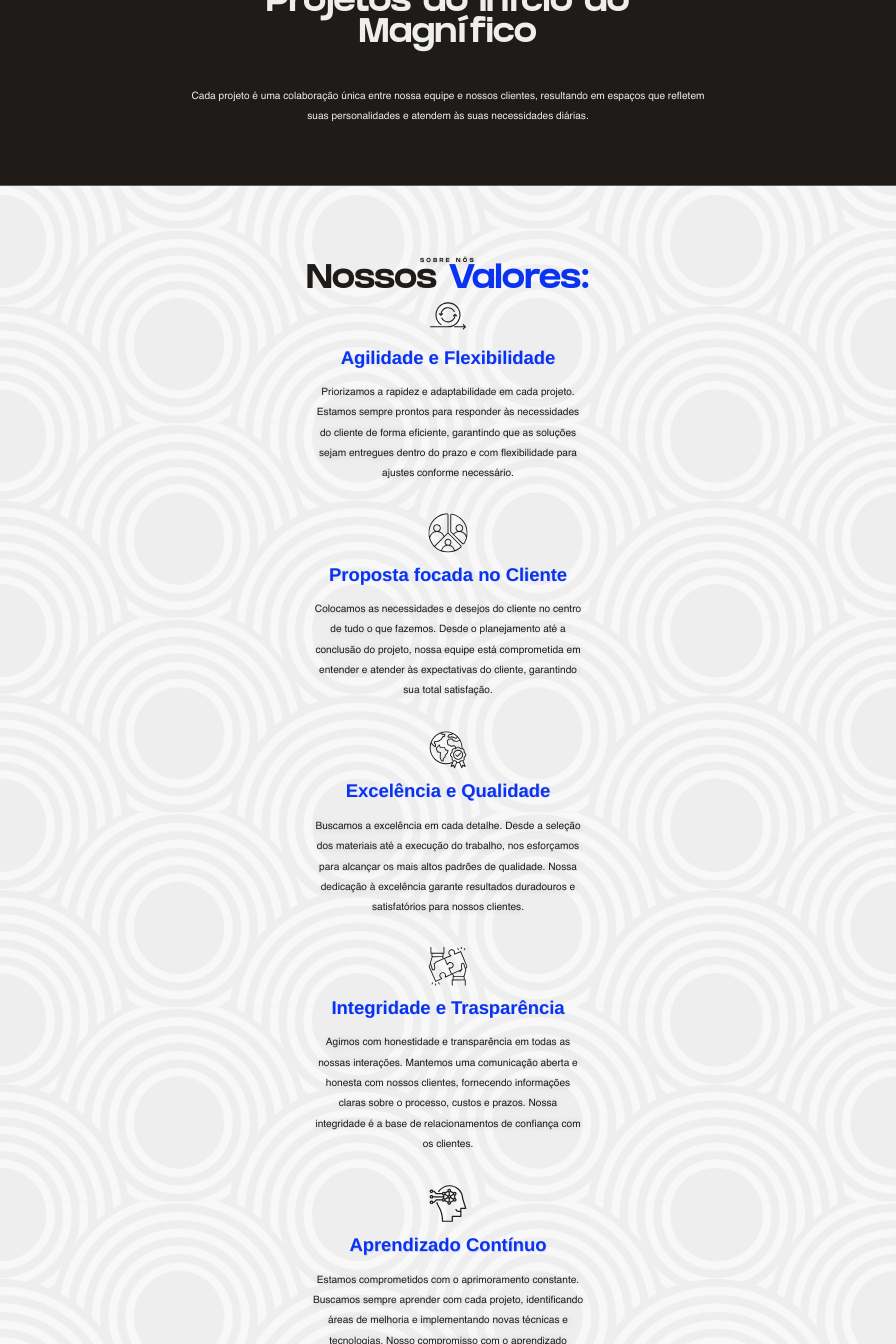
Repository: lucastdcs/ReforMar
Page: /portfolio
An editor plug-in stored every save of this project. The page is shown before and after a run of saves, followed by the edit.
The browser window is 1280 px wide. The pictures show the part of the page from y = 785 to 2705 px (the page is 6311 px tall before and 6908 px after), at 70% of full size.
Backgrounds fixed to the window are drawn as part of the page. The project was rebuilt for these pictures with package versions that can differ from the ones it lists, and the page was loaded fresh each time. Also part of the build but not shown: vite.config.js, src/Components/EmailPopUp/EmailPopUp.styled.js, src/Components/EmailPopUp/EmailPopUp.jsx, src/Components/ServicesCard/ServicesCard.styled.js, src/Components/ServicesCard/ServicesCard.jsx, src/Components/Badges/Badges.styled.js, src/Components/Badges/Badges.jsx, src/Components/Carrousel/Carousel.styled.js and 7 more.

Above is the page before, as saved 2024-10-11 13:08:54.

### index.html
<!doctype html>
<html lang="pt-br">

<head>
  <meta charset="UTF-8" />
  <meta name="viewport" content="width=device-width, initial-scale=1.0" />

  <!-- Favicon -->
  <link rel="icon" href="/Favicon.svg" type="image/svg+xml">
  <link rel="shortcut icon" href="/Favicon.svg" type="image/svg+xml">

  <!-- SEO Meta Tags -->
  <meta name="description"
    content="A ReforMar - Obras Express oferece serviços rápidos e eficientes de reforma e construção. Confie em nossa equipe especializada para transformar seu espaço com qualidade e agilidade.">
  <meta name="keywords"
    content="reforma, construção, obras express, reforma residencial, reforma comercial, reformas rápidas, qualidade, agilidade, ReforMar">
  <meta name="author" content="ReforMar - Obras Express">

  <!-- Open Graph Meta Tags -->
  <meta property="og:title" content="ReforMar - Reformas e Construções Rápidas">
  <meta property="og:description"
    content="A ReforMar - Obras Express oferece serviços rápidos e eficientes de reforma e construção. Confie em nossa equipe especializada para transformar seu espaço com qualidade e agilidade.">
  <meta property="og:image" content="https://reformarobrasexpress.com.br/assets/image1-Bzcdwp6d.jpg">
  <meta property="og:url" content="https://reformarobrasexpress.com.br">
  <meta property="og:type" content="website">
  <meta property="og:locale" content="pt_BR">

  <!-- Twitter Meta Tags -->
  <meta name="twitter:card" content="summary_large_image">
  <meta name="twitter:title" content="ReforMar - Reformas e Construções Rápidas">
  <meta name="twitter:description"
    content="A ReforMar - Obras Express oferece serviços rápidos e eficientes de reforma e construção. Confie em nossa equipe especializada para transformar seu espaço com qualidade e agilidade.">
  <meta name="twitter:image" content="https://reformarobrasexpress.com.br/assets/image1-Bzcdwp6d.jpg">

  <meta property="og:title" content="Reformar Obras Express">
  <meta property="og:description" content="Serviços rápidos de reforma e construção.">
  <meta property="og:image" content="https://reformarobrasexpress.com.br/assets/image1-Bzcdwp6d.jpg">
  <meta property="og:url" content="https://reformarobrasexpress.com.br/">
  <meta property="og:type" content="website">

  <!-- Title -->
  <title>ReforMar - Reformas e Construções Rápidas</title>

</head>

<body>
  <div id="root"></div>
  <div id="portal"></div>
  <script type="module" src="/src/main.jsx"></script>
</body>

</html>

### src/index.css
@import './assets/styles/base/fonts.css';
@import './assets/styles/base/variables.css';

:root {

  color: rgb(248, 248, 248);
  background-color: var(--off-white);


  font-synthesis: none;
  text-rendering: optimizeLegibility;
  -webkit-font-smoothing: antialiased;
  -moz-osx-font-smoothing: grayscale;
}

*,
*::before,
*::after {
  box-sizing: border-box;
  margin: 0;
  padding: 0;
}

html {
  font-size: 52.5%;
  scroll-behavior: smooth;
}

body {
  overflow-x: hidden;
  display: flex;
  justify-content: center;
  align-items: center;
  margin: 0;
  padding: 0;
  width: 100vw;
  background-image: url("./assets/imgs/Grafismo.png");
  background-repeat: repeat-y;
  background-attachment: fixed;
  background-size: contain;
}


::-webkit-scrollbar {
  width: 1.5rem;
  height: 1.5rem;
}

::-webkit-scrollbar-track {
  background: var(--sb-track-color);
  border-radius: 10px;
}

::-webkit-scrollbar-thumb {
  background: var(--sb-thumb-color);
  border-radius: 10px;
}

/* Estilizando a barra de rolagem para navegadores que não suportam WebKit */
@supports not selector(::-webkit-scrollbar) {
  body {
    scrollbar-color: var(--sb-thumb-color) var(--sb-track-color);
  }
}

.slide-in {
  position: fixed;
  top: 0;
  left: 0;
  width: 100%;
  height: 100vh;
  background-color: red;



  transform-origin: bottom;
}

.slide-out {
  position: fixed;
  top: 0;
  left: 0;
  width: 100%;
  height: 100vh;
  background-color: red;
  transform-origin: top;
}

.project_title {
  margin: 0 0.5rem;
}

### src/Pages/Portfolio.jsx
import React, { useEffect, useState } from "react";
import styled from "styled-components";
import FeedbackSection from "../Components/FeedbackSection/FeedbackSection";
import ValuesSection from "../Components/ValuesSection/ValuesSection";
import NumbersSection from "../Components/NumbersSection/NumbersSection";
import Titles from "../Components/Titles/Titles";
import { Text } from "../assets/styles/typography.styled";
import Card from '../Components/Card/Card.jsx'
import img1 from "../assets/imgs/ServicesImg.jpg";
import img2 from "../assets/imgs/ObrasIMG2.jpg";
import img3 from "../assets/imgs/ObrasIMG3.jpg";
import CarouselNew from "../Components/MotionCarousel/MotionCarousel.jsx";
import { getMainImagesFromFolder, getImagesFromFolder } from "../utils/getImagesfromFolder.js";

const Portfolio = () => {
  const Main = styled.main`
    width: 100vw;
    color: var(--black);
    text-align: center;
    margin-top: 22rem;
    height: fit-content;

    :nth-child(7) {
      margin-top: 5rem;
    }
  `;
  const Grid = styled.div`
    position: relative;
    bottom: -10rem;
    max-width: 180rem;
    max-height: 60rem;
    display: grid;
    grid-template-columns: 3fr 2fr 1fr;
    grid-gap: 1rem;
    margin: auto;
    padding: 1rem;

    img {
      border-radius: 3rem;
      object-fit: cover;
      width: 100%;
      height: 100%;
      box-shadow: 0 4px 6px rgba(0, 0, 0, 0.1);
    }

    .img1 {
      grid-column: 1;
      grid-row: 1;
    }

    .img2 {
      grid-column: 2;
      grid-row: 1;
    }

    .img3 {
      grid-column: 3;
      grid-row: 1;
    }

    @media (max-width: 800px) {
      grid-template-columns: 1fr;
      grid-template-rows: repeat(20rem, 3);
      max-height: fit-content;

      img {
        height: 20rem;
      }
      .img1 {
        grid-column: 1;
        grid-row: 1;
      }

      .img2 {
        grid-column: 1;
        grid-row: 2;
      }

      .img3 {
        grid-column: 1;
        grid-row: 3;
      }
    }
  `;
  const Projects = styled.section`
    width: 100vw;
    height: fit-content;
    padding-top: 25rem;
    padding-bottom: 10rem;
    background-color: var(--black);
    color: var(--off-white);

    p {
      margin-top: 6rem;
      margin-left: 0.5rem;
      margin-right: 0.5rem;
    }

    .text_wrapper {
      max-width: 90rem;
      margin: auto;
    }
    .project_card {
      text-align: left;
      border: 1px solid var(--off-white);
      max-width: 130rem;
      border-radius: 4rem;
      /* height: fit-content; */
      p {
        margin: 0;
      }
    }

    @media (max-width: 1000px) {
      .portfolio_carousel_inner {
        width: 90vw;
      }
    }
  `;

  const [projects, setProjects] = useState([]);

  const getProjects = () => {
    const allProjects = [];
    let i = 1;

    while (i < 5) {
      const imageUrls = getImagesFromFolder(`projeto${i}`, 5);
      const mainImgs = getMainImagesFromFolder(`projeto${i}`);

      allProjects.push({
        imageUrls,
        mainImgs,
      });

      i++;
    }

    setProjects(allProjects);
  };

  useEffect(() => {
    getProjects();
  }, []);


  return (
    <Main>
      <Titles
        text_label="Portfólio"
        text_title="Obras que inspiram"
        text_span=""
      />

      <Grid>
        <img src={img1} alt="" className="img1" />
        <img src={img2} alt="" className="img2" />
        <img src={img3} alt="" className="img3" />
      </Grid>
      <Projects>
        <div className="text_wrapper">
          <Titles
            text_label=""
            text_title="Projetos do Início ao Magnífico"
            text_span=""
          />
          <Text>
            Cada projeto é uma colaboração única entre nossa equipe e nossos
            clientes, resultando em espaços que refletem suas personalidades e
            atendem às suas necessidades diárias.
          </Text>
        </div>
        <CarouselNew className="portfolio_carousel_inner">
          {projects.map(project =>{
            <Card
            className="project_card"
            img={project.mainImgs.thumbnail}
            title="Cuba de Cozinha"
            feedbackStars="4"
            rating={4}
            duration="1 Semana"
            year="2023"
            area="30m²"
            type="Residência"
            location="Santos - SP"
            description="Reforma de paredes, pisos, instalações de lustres e superfícies de mármore"
            overlay
            images={project.imageUrls}
            antes={project.mainImgs.antes}
            depois={project.mainImgs.depois}
          />
          })}
        </CarouselNew>
      </Projects>
      <ValuesSection />
      <NumbersSection />
      <FeedbackSection />
    </Main>
  );
};

export default Portfolio;

### src/assets/styles/base/fonts.css
@import './variables.css';

@font-face {
    font-family: 'Grifter';
    src: url('../../fonts/GRIFTERBold.woff2') format('woff2');
    font-weight: bold;
    font-style: normal;
    font-display: swap;
  }

@font-face {
    font-family: 'Helvetica';
    src: url('../../fonts/Helvetica.woff2') format('woff2');
    font-weight: normal;
    font-style: normal;
    font-display: swap;
  }

### src/assets/styles/base/variables.css
@import './fonts.css';

:root {
  /* Cores */
  --color-primary: #0590FA;
  --color-secondary: #0567F8;
  --color-tertiary: rgb(10, 51, 241);
  --color-error: #F85C5C;
  --off-white: #EEEEEE;
  --grey1: #B5B5B5;
  --grey: #585858;
  --grey-shadow: rgb(88, 88, 88, 0.3);
  --black: rgb(30, 27, 25);
    /* Fontes */
    --font-family-grifter: 'Grifter', sans-serif;
  --font-family-helvetica: 'Helvetica', sans-serif;

  /* scroll bar */

  --sb-track-color: #B5B5B5;
  --sb-thumb-color: #0a33f1;
  --sb-size: 12px;


  /* Tamanhos de Fonte */
  --font-size-h1: 16rem;
  --font-size-h2: 10rem;
  --font-size-h3: 5rem;
  --font-size-h4: 4.5rem;
  --font-size-h5: 4rem;
  --font-size-h6: 2rem;
  --font-size-h7: 1.8rem;
  --font-size-label15: 1.5rem;
  --font-size-label10: 1rem;

  /* Tamanhos de Fonte Mobile */
  --font-size-mh1: 8rem;
  --font-size-mh2: 5rem;
  --font-size-mh3: 2.6rem;
  --font-size-mh4: 2.2rem;
  --font-size-mh5: 2rem;
  --font-size-mh6: 1.8rem;
  --font-size-mh7: 2rem;
  --font-size-mp: 1.6rem;
  --font-size-mlabel1: 1rem;
  --font-size-mlabel2: 0.8rem;
  --font-size-mbutton: 1.2rem;

  /* Espaçamentos */
  --spacing-200: 200%;
  --spacing-160: 160%;
  --spacing-100: 100%;
  --spacing-90: 90%;

}

### src/Components/Button/Button.jsx
import React from "react";
import StyledButton from "./Button.styled.js";
import {useNavigate} from 'react-router-dom'

const Button = (props) => {

  const navigate = useNavigate();

  const handleClick = () => {
    if (props.onClick) {
      props.onClick();
    } else if (props.destino) {
      navigate(`/${props.destino}`)
      window.scrollTo(0, 0);
    }
  }

  // const redirect = () => {
  //   navigate(`${'/' + props.destino}`);
  // };

  return (
    <StyledButton
      whileHover={{ scale: 0.95 }}
      transition={{ type: "spring", stiffness: 400, damping: 10 }}
      whileTap={{ scale: 1 }}
      id="btn_contact"
      className={props.className}
      variantType={props.variantType}
      type={props.type}
      onClick={handleClick}
    >
      {props.texto}
    </StyledButton>
  );
};

export default Button;

### src/Components/Titles/Titles.jsx
import React from "react";
import { LabelTitle } from "../../assets/styles/typography.styled.js";
import { H2 } from "../../assets/styles/typography.styled.js";


const Titles = (props) => {

  return (
    <>
      <LabelTitle  className="project_title small">{props.text_label}</LabelTitle>
      <H2 className="project_title big">{props.text_title} <span>{props.text_span}</span></H2>
    </>
  );
};

export default Titles;

### src/Components/MotionCarousel/MotionCarousel.jsx
import React, { useRef, useState, useEffect } from "react";
import { StyledCarouselNew, Inner, Item } from "./MotionCarousel.styled";
import { filterProps } from "framer-motion";

const CarouselNew = ({ children, className }) => {
  const carousel = useRef();
  const [width, setWidth] = useState(0);

  const updateWidth = () => {
    if (carousel.current) {
      const scrollWidth = carousel.current.scrollWidth;
      const offsetWidth = carousel.current.offsetWidth;
      setWidth(scrollWidth - offsetWidth);
    }
  };

  useEffect(() => {
    updateWidth();
    window.addEventListener("resize", updateWidth);
    return () => window.removeEventListener("resize", updateWidth);
  }, []);

  return (
    <>
      <StyledCarouselNew ref={carousel} whileTap={{ cursor: "grabbing" }}>
        <Inner className={className} drag="x" dragConstraints={{ right: 0, left: -width }}>
          {React.Children.map(children, (child, index) => (
            <Item key={index}>{child}</Item>
          ))}
        </Inner>
      </StyledCarouselNew>
    </>
  );
};

export default CarouselNew;

### src/Components/NumbersSection/NumbersSection.jsx
import React from "react";
import {StyledContainer} from "./NumbersSection.styled";
import NumbersGrid from "../NumbersGrid/NumbersGrid";
import Titles from "../Titles/Titles";
import Button from "../Button/Button";

const NumbersSection = () => {
  return (
    <StyledContainer>
      <Titles text_label="" text_title="Nossos" text_span="Números:" />
      <NumbersGrid />
      <Button texto="Entre em contato" destino="contato"/>
    </StyledContainer>
  );
};

export default NumbersSection;

### src/Components/FeedbackCard/FeedbackCard.jsx
import React from "react";
import StyledContainer from "./FeedbackCard.styled";
import { H7, H6, Label, Text } from "../../assets/styles/typography.styled";


const StarIcon = ({ filled }) => (
  <svg
    width="20"
    height="20"
    viewBox="0 0 24 24"
    fill="none"
    xmlns="http://www.w3.org/2000/svg"
  >
    <path
      d="M12 17.27L18.18 21l-1.64-7.03L22 9.24l-7.19-.61L12 2 9.19 8.63 2 9.24l5.46 4.73L5.82 21z"
      fill={filled ? "#0A33F1" : "#1E1B19"}
    />
  </svg>
);

const StarRating = ({ rating }) => {
  const stars = Array.from({ length: 5 }, (_, index) => (
    <StarIcon key={index} filled={index < rating} />
  ));

  return <div style={{ display: 'flex' }}>{stars}</div>;
};

const FeedbackCard = (props) => {
  return (
    <StyledContainer>
      <img src={props.photo} className="fb_photo" />
      <H7 className="fb_name">{props.name}</H7>
      <Label className="fb_type">{props.type}</Label>
      <span className="fb_stars">
        <StarRating rating={props.rating} />
      </span>
      <H6 className="fb_date">{props.date}</H6>
      <Text className="fb_comentary">{props.text}</Text>
    </StyledContainer>
  );
};

export default FeedbackCard;

### src/Components/Values/Values.jsx
import React from "react";
import { Text } from "../../assets/styles/typography.styled.js";
import { H4 } from "../../assets/styles/typography.styled.js";
import { StyledContainer } from "./Values.styled.js";

const Values = (props) => {
  return (
    <StyledContainer className={props.className}>
      <span><img src={props.icon}/></span>
      <H4>{props.title}</H4>
      <Text>{props.text}</Text>
    </StyledContainer>
  );
};

export default Values;

### src/Components/NumbersGrid/NumbersGrid.jsx
import React from "react";
import { StyledNumbersGrid } from "./NumbersGrid.styled";
import NumbersCard from "../NumbersCard/NumbersCard";

const NumbersGrid = () => {
  return (
    <StyledNumbersGrid>
      <NumbersCard item="card1" number="9+">
        Colaboradores <br /> no Time
      </NumbersCard>
      <NumbersCard item="card2" number="2+ anos" align="right">
        No mercado
      </NumbersCard>
      <NumbersCard
        item="card3"
        number="91% dos clientes"
        align="right"
        size="h2"
      >
        Nos recomendam
      </NumbersCard>
      <NumbersCard item="card4" number="25+">
        Projetos lançados
      </NumbersCard>
    </StyledNumbersGrid>
  );
};

export default NumbersGrid

### src/Components/NumbersCard/NumbersCard.jsx
import React from "react";
import { H1 } from "../../assets/styles/typography.styled";
import { H5 } from "../../assets/styles/typography.styled";
import StyledContainer from "./NumbersCard.styled";

const NumbersCard = (props) => {
    return (
        <StyledContainer align={props.align} className={props.item} size={props.size}>
            <H1>{props.number}</H1>
            <H5>{props.children}</H5>
        </StyledContainer>
    );
};

export default NumbersCard;

### src/Components/Card/Card.jsx
import React, { useState, useEffect, lazy, Suspense } from "react";

const LazyOverlay = lazy(() => import("../ProjectsOverlay/ProjectsOverlay"));

import { StyledCard } from "./Card.styled";
import Button from "../Button/Button";
import { H5 } from "../../assets/styles/typography.styled";
import { Text } from "../../assets/styles/typography.styled";

const Card = (props) => {

  const [showOverlay, setShowOverlay] = useState(false);
  const toggleOverlay = () => {
    setShowOverlay(!showOverlay);
    console.log("toggle ativado");
  };

  useEffect(() => {
    if (showOverlay) {
      document.body.style.overflow = 'hidden';
    } else {
      document.body.style.overflow = '';
    }
    return () => {
      document.body.style.overflow = '';
    };
  }, [showOverlay]);

  return (
    <div>
      <StyledCard className={props.className}>
        <img src={props.img} alt="" />

        <div className="card_wrapper">
          <H5 className="title">{props.title}</H5>
          <Text className="text1">
            Área: {props.area} <br />
            Tipo: {props.type} <br />
            Localização: {props.location}
            <br />
          </Text>
          <Text className="text2">
            Desafio: <br />
            {props.description}
          </Text>
          <Button
            texto="Veja Detalhes"
            className="btn"
            onClick={props.overlay ? toggleOverlay : null}
            destino={!props.overlay ? props.destino : null}
          />
        </div>
      </StyledCard>
      {showOverlay && <Suspense><LazyOverlay {...props} onClick={toggleOverlay} images={props.images} rating={props.rating}/></Suspense>}
    </div>
  );
};

export default Card;

Loaded but not shown: src/Components/Header/Header.styled.js (236 lines, source omitted); src/assets/styles/typography.styled.js (79 lines, source omitted); src/Components/NumbersGrid/NumbersGrid.styled.js (104 lines, source omitted); src/Components/ContactUs/ContactUs.styled.js (95 lines, source omitted); src/Components/Card/Card.styled.js (83 lines, source omitted); src/Components/Footer/Footer.styled.js (78 lines, source omitted); src/Components/ValuesSection/ValuesSection.styled.js (68 lines, source omitted); src/Components/Form/Form.styled.js (67 lines, source omitted); src/Components/FeedbackCard/FeedbackCard.styled.js (65 lines, source omitted); src/Components/NumbersCard/NumbersCard.styled.js (54 lines, source omitted); src/Components/Button/Button.styled.js (32 lines, source omitted); src/utils/getImagesfromFolder.js (22 lines, source omitted); src/Components/MotionCarousel/MotionCarousel.styled.js (25 lines, source omitted); src/Components/FeedbackSection/FeedbackSection.styled.js (32 lines, source omitted); src/Components/Values/Values.styled.js (16 lines, source omitted); src/Components/NumbersSection/NumbersSection.styled.js (11 lines, source omitted); src/Components/ContactUs/ContactUs.jsx (105 lines, source omitted); src/Components/Form/Form.jsx (167 lines, source omitted); src/Components/ValuesSection/ValuesSection.jsx (68 lines, source omitted); src/Components/Header/Header.jsx (84 lines, source omitted); src/main.jsx (95 lines, source omitted); src/Components/Footer/Footer.jsx (88 lines, source omitted); src/Components/FeedbackSection/FeedbackSection.jsx (37 lines, source omitted)

After the next 5 saves:
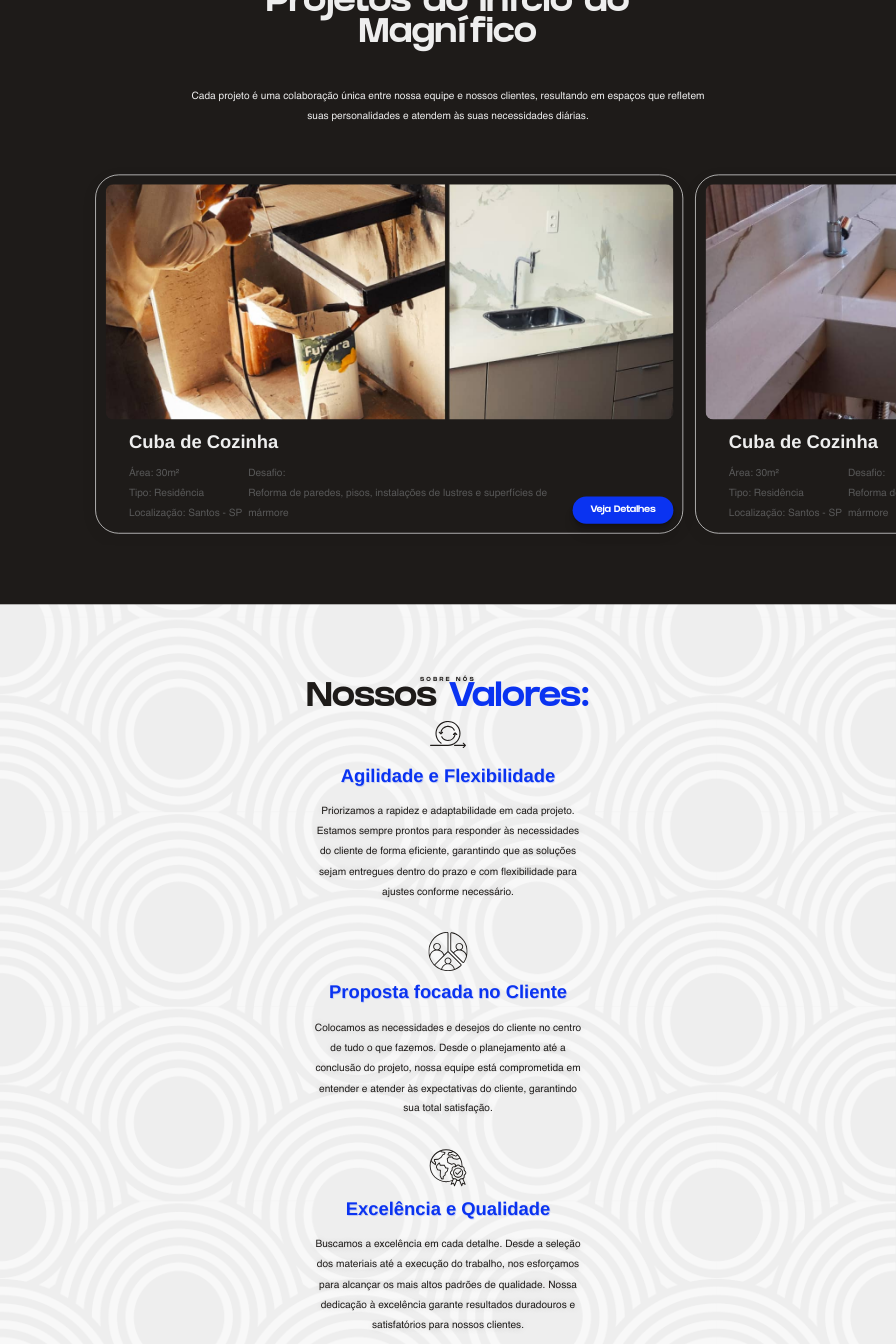
The 5 saves are shown as one change because 1 did not build or start and some came seconds apart.
The last was saved 2 min 11 s later.
--- a/src/Pages/Portfolio.jsx
+++ b/src/Pages/Portfolio.jsx
@@ -5,12 +5,15 @@ import ValuesSection from "../Components/ValuesSection/ValuesSection";
 import NumbersSection from "../Components/NumbersSection/NumbersSection";
 import Titles from "../Components/Titles/Titles";
 import { Text } from "../assets/styles/typography.styled";
-import Card from '../Components/Card/Card.jsx'
+import Card from "../Components/Card/Card.jsx";
 import img1 from "../assets/imgs/ServicesImg.jpg";
 import img2 from "../assets/imgs/ObrasIMG2.jpg";
 import img3 from "../assets/imgs/ObrasIMG3.jpg";
 import CarouselNew from "../Components/MotionCarousel/MotionCarousel.jsx";
-import { getMainImagesFromFolder, getImagesFromFolder } from "../utils/getImagesfromFolder.js";
+import {
+  getMainImagesFromFolder,
+  getImagesFromFolder,
+} from "../utils/getImagesfromFolder.js";
 
 const Portfolio = () => {
   const Main = styled.main`
@@ -142,7 +145,6 @@ const Portfolio = () => {
   useEffect(() => {
     getProjects();
   }, []);
-
 
   return (
     <Main>
@@ -171,24 +173,26 @@ const Portfolio = () => {
           </Text>
         </div>
         <CarouselNew className="portfolio_carousel_inner">
-          {projects.map(project =>{
-            <Card
-            className="project_card"
-            img={project.mainImgs.thumbnail}
-            title="Cuba de Cozinha"
-            feedbackStars="4"
-            rating={4}
-            duration="1 Semana"
-            year="2023"
-            area="30m²"
-            type="Residência"
-            location="Santos - SP"
-            description="Reforma de paredes, pisos, instalações de lustres e superfícies de mármore"
-            overlay
-            images={project.imageUrls}
-            antes={project.mainImgs.antes}
-            depois={project.mainImgs.depois}
-          />
+          {projects.map((project) => {
+            return (
+              <Card
+                className="project_card"
+                img={project.mainImgs.thumbnail}
+                title="Cuba de Cozinha"
+                feedbackStars="4"
+                rating={4}
+                duration="1 Semana"
+                year="2023"
+                area="30m²"
+                type="Residência"
+                location="Santos - SP"
+                description="Reforma de paredes, pisos, instalações de lustres e superfícies de mármore"
+                overlay
+                images={project.imageUrls}
+                antes={project.mainImgs.antes}
+                depois={project.mainImgs.depois}
+              />
+            );
           })}
         </CarouselNew>
       </Projects>
